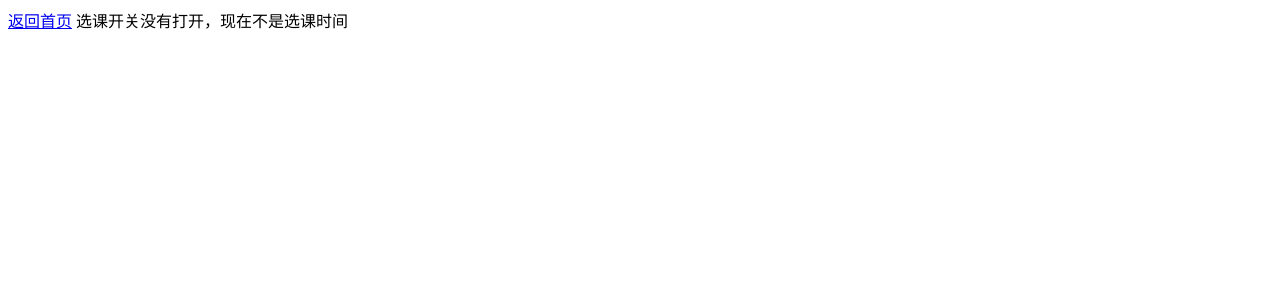
Repository: hbisheng/Academic-portal-website
Page: http://localhost/NewInfo/courses/choose.jsp
An editor plug-in stored every save of this project. The page is shown before and after the next save, followed by the edit.
The browser window is 1280 px wide. The pictures show the whole page.
The page is served by Tomcat 9. Other server files are loaded and not shown. Queries for data that is not in the repository find no rows.

Above is the page before, as saved 2014-09-21 07:04:36.

### Java_info/NewInfo/WebContent/courses/choose.jsp
<%@page import="edu.thu.cs.*"%>
<%@page import="jdbc.*"%>
<%@page import="java.util.*"%>

<%@ page language="java" contentType="text/html; charset=utf-8"
    pageEncoding="utf-8"%>
<!DOCTYPE html PUBLIC "-//W3C//DTD HTML 4.01 Transitional//EN" "http://www.w3.org/TR/html4/loose.dtd">
<html>
<head>
<meta http-equiv="Content-Type" content="text/html; charset=utf-8">
<title>Insert title here</title>
</head>
<body>


		<a href="../home.jsp">返回首页</a>
<%
	JdbcDao jdbc = new JdbcDao();
	Status s = jdbc.getStatus();
	if(s.choose == 0)
	{
		out.println("选课开关没有打开，现在不是选课时间");
		return;
	}
%>

<%
	User user = (User)session.getAttribute("user");
	if(user != null){
	%>
<font size = 3 face ="微软雅黑" color="#00FFFF">
	你的名字：<%=user.realname %><br>
	你的ID：<%=user.id %><br>
	你的地址：<%=user.address %><br>
</font>
<% 	}%>

<font size = 6 face ="微软雅黑" ><p><b>Courses that are selectable will be put here.</b></p></font>
<%
	List<Integer> c=null;
	user = (User)session.getAttribute("user");
	if(user==null)
	{
		out.println("你还没有登陆，所以没有课程可以选择");
		return;
	}
	else
		c = jdbc.getCourseIndex(0);
	int cnt = 0;
%>

<ul>
<font size = 4 face ="微软雅黑" >
<%
	if(c!=null){
		for(Integer i : c)
		{
			System.out.println(request.getRemoteAddr().toString());
			Course course = jdbc.getCourse(i);
			String info_url = "course.jsp?id="+course.id+"&type=1";
			String in_url = "getin.jsp?cid="+course.id+"&uid="+user.id;

			int ans = jdbc.checkUserCourse(user.id, course.id);

			int chosen = course.capacity - jdbc.getUserCourse(course.id).size();
			++cnt;
			%><li><p><%=cnt%>. <a href= <%=info_url %> > <%=course.name%> </a><%
			if(ans > 0)
			{
				%><a href= <%=in_url %>> 选课 </a> <%
			}
			%>
			课容量:<%=course.capacity %>
			课余量:<%=chosen%>
			</p></li><%
		}
	}
%>

<hr>
我已经选的课
<%
	List<Integer> course_list=null;
	course_list = jdbc.getCourseIndex(user.id);
	if(course_list!=null){
		cnt = 0;
		for(Integer i : course_list)
		{
			Course course = jdbc.getCourse(i);
			String info_url = "course.jsp?id="+course.id+"&type=1";
			String out_url = "getout.jsp?cid="+course.id+"&uid="+user.id;
			++cnt;
			%><li><p><%=cnt%>. <a href= <%=info_url %> > <%=course.name%> </a><a href= <%=out_url %> > 退课 </a><%
		}
	}
%>

<hr>选课历史记录<br>
<%
	List<UserCourse> history = jdbc.getUserCourseHistory(user.id);
	for(UserCourse entry:history)
	{
		if(entry.operation == 1)
		{%>选课：<%}
		else
		{%>退课：<%}
		%>课程编号   <%=entry.course_id%>
		时间：<%=entry.time.substring(0, 19)%><br><%
	}
%>




</body>
</html>

### Java_info/NewInfo/src/edu/thu/cs/Status.java
package edu.thu.cs;

public class Status {
	public int choose = 0;
}

Loaded but not shown: Java_info/NewInfo/src/jdbc/JdbcDao.java (883 lines, source omitted)

After the next save:
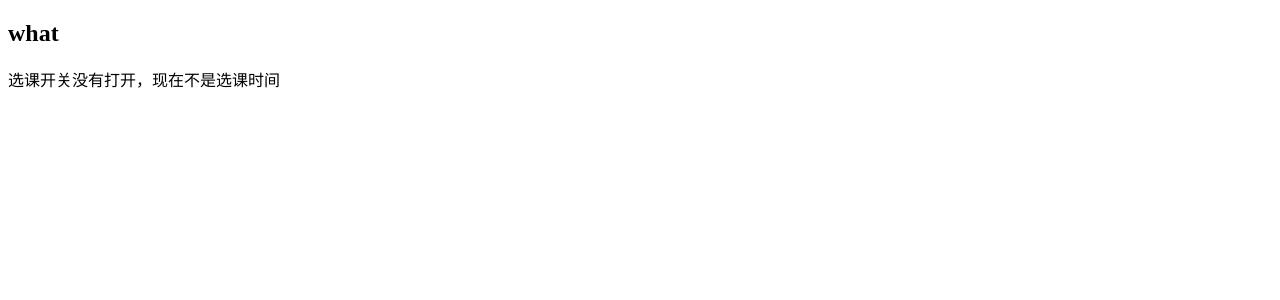
Saved 10 s later.
--- a/Java_info/NewInfo/WebContent/courses/choose.jsp
+++ b/Java_info/NewInfo/WebContent/courses/choose.jsp
@@ -12,8 +12,7 @@
 </head>
 <body>
 
-
-		<a href="../home.jsp">返回首页</a>
+<h2>what</h2>
 <%
 	JdbcDao jdbc = new JdbcDao();
 	Status s = jdbc.getStatus();

After the save that followed:
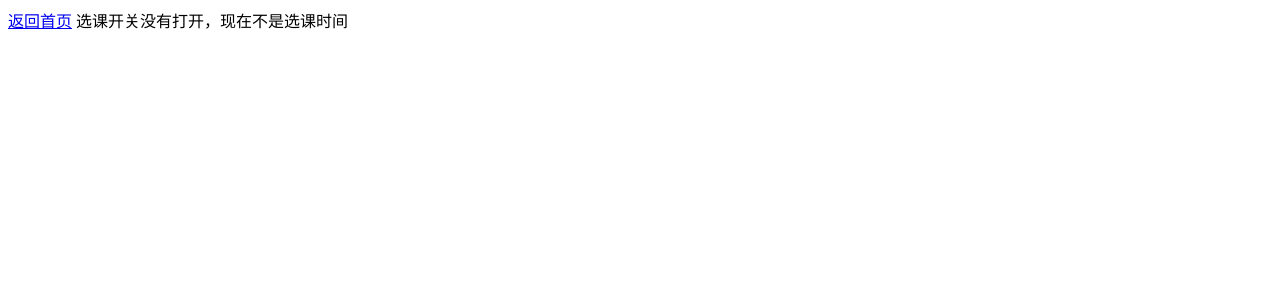
Saved 76 s later.
--- a/Java_info/NewInfo/WebContent/courses/choose.jsp
+++ b/Java_info/NewInfo/WebContent/courses/choose.jsp
@@ -12,7 +12,8 @@
 </head>
 <body>
 
-<h2>what</h2>
+
+<a href="../home.jsp">返回首页</a>
 <%
 	JdbcDao jdbc = new JdbcDao();
 	Status s = jdbc.getStatus();
